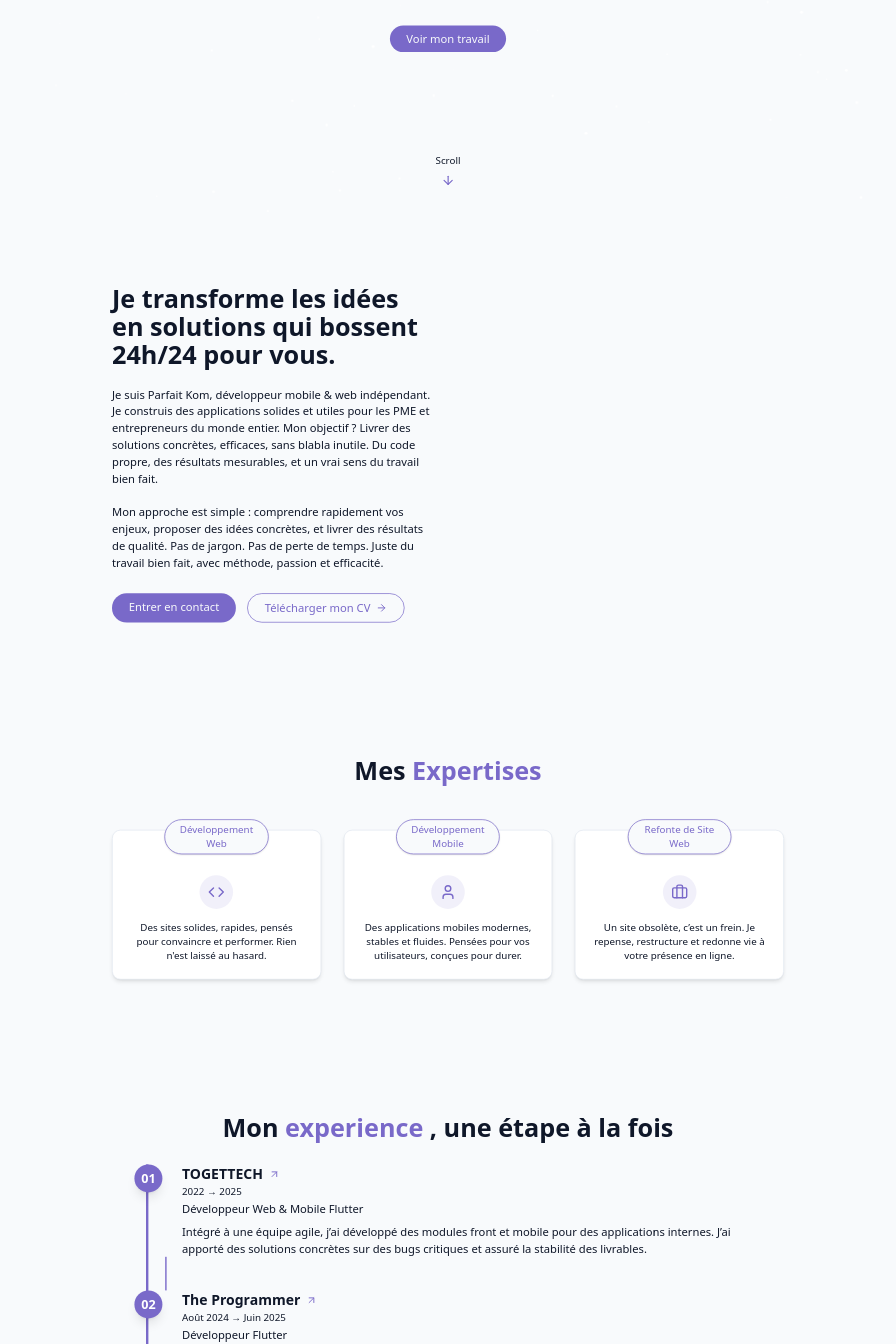
Repository: KOMI18/komi-folio
Page: /
The author's editor kept a copy of each file at every save. The page is drawn from the files as they stood at one save, then again after a run of saves.
The browser window is 1280 px wide. The pictures show the part of the page from y = 409 to 2329 px (the page is 5995 px tall before and 6235 px after), at 70% of full size.
The project was rebuilt for these pictures with package versions that can differ from the ones it lists, and the page was loaded fresh each time. Also part of the build but not shown: vite.config.js, src/pages/NotFound.jsx.

Above is the page before, as saved 2025-06-27 20:03:04.

After the next 4 saves:
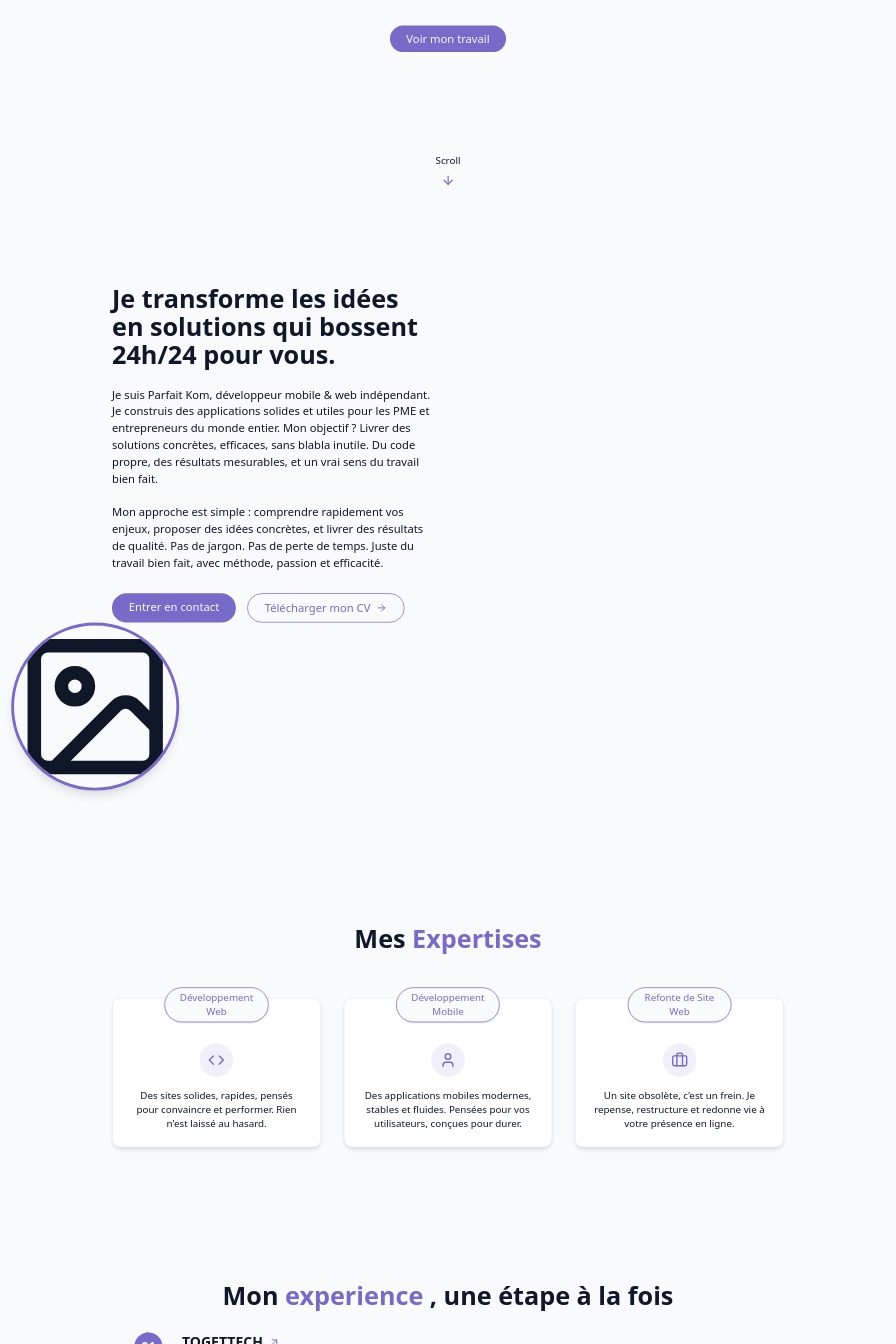
The 4 saves are shown as one change because they came seconds apart.
The last was saved 16 s later.
--- a/src/components/AboutSection.jsx
+++ b/src/components/AboutSection.jsx
@@ -34,6 +34,18 @@ export const AboutSection = () => {
           </div>
         </div>
       </div>
+       {/* Image */}
+        <div className="flex justify-center md:justify-start">
+          <div className="w-48 h-48 md:w-60 md:h-60 rounded-full overflow-hidden border-4 border-primary shadow-lg">
+            <Image
+              src="/images/parfait-kom.jpg"
+              alt="Parfait Kom"
+              width={240}
+              height={240}
+              className="w-full h-full object-cover"
+            />
+          </div>
+        </div>
     </section>
   );
 };
